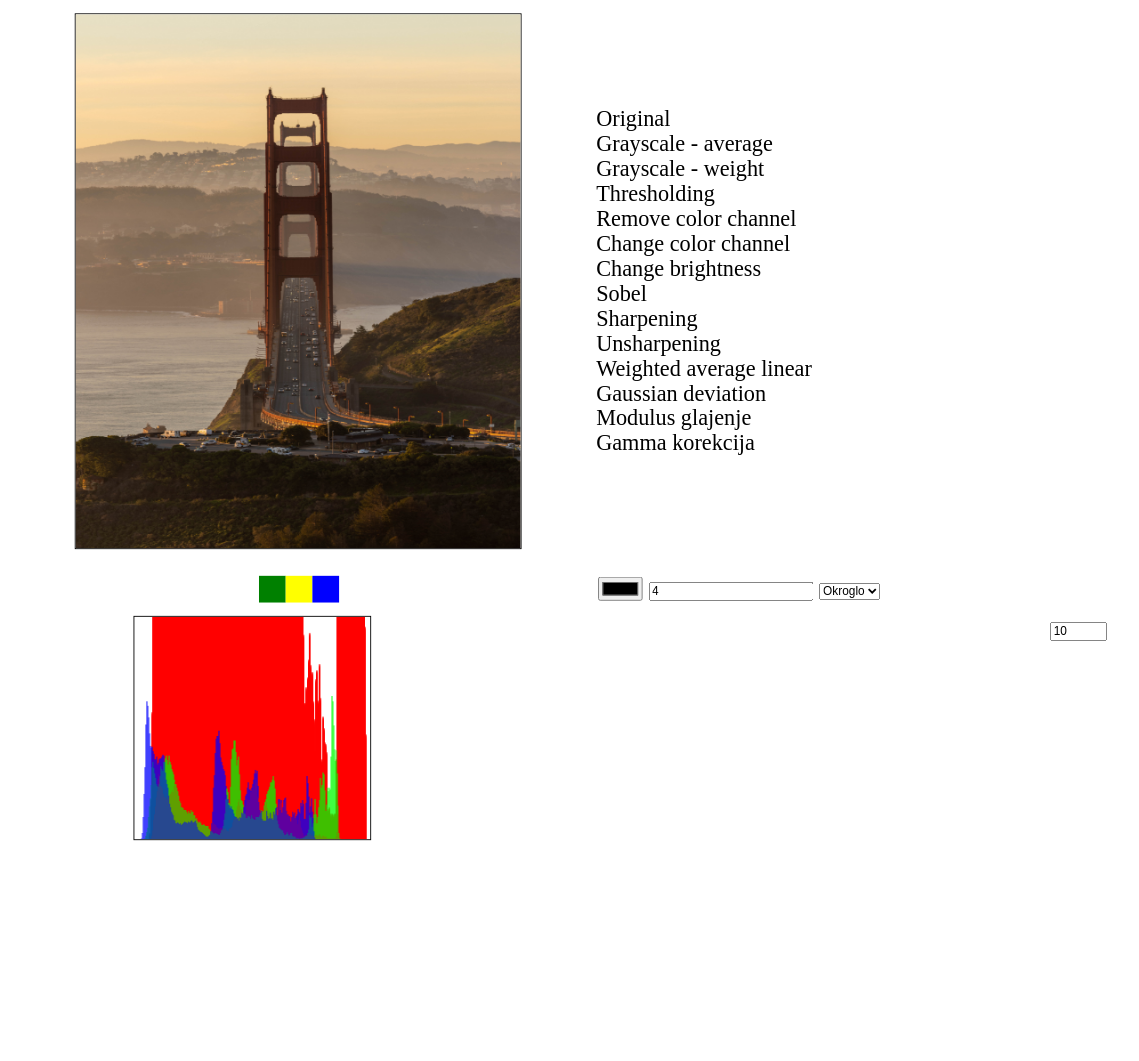
Repository: fussionko/web_photoshop
Page: index.html
An editor plug-in stored every save of this project. The page is shown before and after the next save, followed by the edit.
The browser window is 1280 px wide. The pictures show the whole page, at 89% of full size.

Above is the page before, as saved 2022-04-28 14:13:19.

### index.html
<!doctype html>
<html lang="en">
    <head>
        <meta charset="utf-8">
        <meta name="viewport" content="width=device-width, initial-scale=1">

        <title>Slike</title>
        <link rel="stylesheet" href="style.css">
    </head>
    <body>
        <div id="container-main">
            <canvas id="main_canvas"></canvas>
            <div id="container-buttons"></div>
            <div id="container-controls"></div>
        </div>
        <div id="container-assist">
            <div id="container-history"><div id="history-back"></div><div id="history-fow"></div><div id="history-reset"></div></div>
            <div id="container-color">
                <input type="color" id="color" value="#000000">
                <input type="number" id="brush-size" step="1" value="4">
                <select id="cap-type">
                    <option value="butt">Butt</option>
                    <option value="round" selected>Okroglo</option>
                    <option value="square">Kvadrat</option>
                </select>
            </div>
        </div>
        <div id="container-histogram">
            <canvas id="main-graph"></canvas>
            <div id="container-graph-data">
                <input type="number" id="basket-num" step="1" max="255" min="1" value="10">
            </div>
        </div>
        <script src="filters.js"></script>
        <script src="draw.js"></script>
        <script src="history.js"></script>
        <script src="graph.js"></script>
        <script src="main.js"></script>
    </body>
</html>

### style.css
html {
    margin: 0;
    width: 100%;
    height: 100%;

    background-color: white !important;
}
body {
    margin: 0;

    display: grid;
    align-items: center;

    font-size: 25px;
    background-color: white !important;
    width: 100%;
    height: 100%;

}

#container-main, #container-assist, #container-historgram {
    margin: 15px 0;
}

#container-main {
    width: 100%;
    display: grid;
    grid-template-columns: auto auto 200px;
    align-items: center;
    justify-content: space-evenly;

}
canvas {

    border: 1px solid black;
}

.button-function {
    border: 1px solid black;
    padding: 5px;
    margin: 5px;;
}

#container-assist {
    display: grid;
    grid-template-columns: auto auto ;
    justify-content: space-evenly;
}

#container-history {
    display: flex;

}

#history-back, #history-fow, #history-reset {
    width: 30px;
    height: 30px;
}

#history-fow {
    background-color: yellow;
}

#history-back {
    background-color: green;
}

#history-reset {
    background-color: blue;
}

#container-histogram {
    display: grid;
    grid-template-columns: 1fr 100px;
    margin-left: 150px;
    margin-bottom: 100px;
    height: 500px;
}

### draw.js
function loadDraw()
{
    document.addEventListener('mousemove', draw);
    document.addEventListener('mousedown', function(e){
        setPosition(e);
        draw(e);
    });
    document.addEventListener('mouseenter', setPosition);
    document.addEventListener('mouseup', function(e){
        if(e.clientX > canvas_x_position + canvas_width || e.clientX < canvas_x_position) return;
        if(e.clientY > canvas_y_position + canvas_height || e.clientY < canvas_y_position) return;
        loadImage(getPixelData());
    });

    document.getElementById("color").addEventListener("change", function(){
        draw_color = this.value;
        console.log(draw_color);
    });

    document.getElementById("brush-size").addEventListener("change", function(){
        brush_size = parseInt(this.value);
        console.log(brush_size);
    });

    document.getElementById("cap-type").addEventListener("change", function(){
        cap_type = this.value;
        console.log(cap_type);
    });
}

let pos = {x:0, y:0}

function setPosition(e)
{
    pos.x = e.clientX - canvas_x_position;
    pos.y = e.clientY - canvas_y_position;
}

let draw_color = "#000000";
let brush_size = 4;
let cap_type = "round";
function draw(e)
{
    if (e.buttons !== 1) return;

    main_ctx.beginPath(); // begin

    main_ctx.lineWidth = brush_size;
    main_ctx.lineCap = cap_type;
    main_ctx.strokeStyle = draw_color;

    main_ctx.moveTo(pos.x, pos.y); // from
    setPosition(e);
    main_ctx.lineTo(pos.x, pos.y); // to

    main_ctx.stroke(); // draw it!


}

function delete_draw(e)
{
    if (e.buttons !== 1) return;

    main_ctx.beginPath(); // begin

    main_ctx.lineWidth = brush_size;
    main_ctx.lineCap = 'round';
    main_ctx.strokeStyle = draw_color;

    main_ctx.moveTo(pos.x, pos.y); // from
    setPosition(e);
    main_ctx.lineTo(pos.x, pos.y); // to

    main_ctx.stroke(); // draw it!
}

### history.js
function loadHistory()
{
    document.getElementById("history-back").addEventListener("click", function(){
        if(moveBackwardHistory() == -1) return;
        loadImageHistory();
    })

    document.getElementById("history-fow").addEventListener("click", function(){
        if(moveFowardHistory() == -1) return;
        loadImageHistory();
    })

    document.getElementById("history-reset").addEventListener("click", function(){
        let draw_image = new ImageData(canvas_width, canvas_height);
        draw_image.data.set(original_img_data);
        history = [draw_image.data];
        currentHistoryIndex = 1;
        current_filter_data["filter"] = "original";
        current_filter_data["index"] = 1;
        current_filter_data["data"] = draw_image.data;
        loadImageHistory();
    })
}

let history = [];
let currentHistoryIndex = 0;
function addToHistory(img_data)
{
    if(checkSame(img_data, history[history.length-1]) == 1) return;
    if(currentHistoryIndex != history.length)
        removeHistoryToIndex();

    history.push(img_data);
    currentHistoryIndex++;
}

function removeHistoryToIndex()
{
    history.splice(currentHistoryIndex, history.length-currentHistoryIndex)
}

function moveFowardHistory()
{
    if(currentHistoryIndex+1 > history.length) return -1;
    currentHistoryIndex++;
    return 1;
}

function moveBackwardHistory()
{
    if(currentHistoryIndex-1 <= 0) return -1;
    currentHistoryIndex--;
    return 1;
}

function getCurrentHistory()
{
    return history[currentHistoryIndex];
}

### graph.js

const graph_width = 265;
const graph_height = 250;

let main_graph;
let graph_ctx;

let normalization_value = 35;
let graph_offset = 5;


function initGraph()
{

    main_graph = document.getElementById("main-graph");
    graph_ctx = main_graph.getContext('2d');
    main_graph.width = graph_width;
    main_graph.height = graph_height;

    document.getElementById("basket-num").addEventListener("change", function(){
        basket_num = parseInt(this.value);
    });

    create_graph()
}

let basket_num = 10;
let basket_size = Math.round(255/basket_num);
const graph_template = {
    "r":{},
    "g":{},
    "b":{}
}
let graph = JSON.parse(JSON.stringify(graph_template));

function create_graph()
{
    // graph = JSON.parse(JSON.stringify(graph_template));
    // for(let i = 1; i <= basket_num; i++)
    // {
    //     graph["r"][basket_size*i] = 0;
    //     graph["g"][basket_size*i] = 0;
    //     graph["b"][basket_size*i] = 0;
    // }
    graph = JSON.parse(JSON.stringify(graph_template));
    for(let i = 0; i <= 255; i++)
    {
        graph["r"][i] = 0;
        graph["g"][i] = 0;
        graph["b"][i] = 0;
    }
}

function count_Pixel(img_data)
{
    let ranges = Object.keys(graph["r"]);
    console.log(ranges);
    // for(let i = 0; i < img_data.length; i+=4)
    // {
    //     for(const key in ranges)
    //         if(img_data[i] < parseInt(ranges[key]))
    //         {
    //             graph["r"][ranges[key]]++;
    //             break;
    //         }
    //     for(const key in ranges)
    //         if(img_data[i+1] < parseInt(ranges[key]))
    //         {
    //             graph["g"][ranges[key]]++;
    //             break;
    //         }
    //     for(const key in ranges)
    //         if(img_data[i+2] < parseInt(ranges[key]))
    //         {
    //             graph["b"][ranges[key]]++;
    //             break;
    //         }
    // }
    console.log(graph);
    for(let i = 0; i < img_data.length; i+=4)
    {

        graph["r"][ranges[img_data[i]]]++;
        graph["g"][ranges[img_data[i+1]]]++;
        graph["b"][ranges[img_data[i+2]]]++;
        drawLine(graph_offset+img_data[i], graph_height, graph_offset+img_data[i], graph_height-graph["r"][ranges[img_data[i]]], "#FF0000")
    }


    normalizeGraph();
    console.log(graph);
    draw_graph();
}

function normalizeGraph()
{
    console.log(normalization_value);
    for(const c in graph)
        for(const range in graph[c])
            graph[c][range] = Math.round(graph[c][range]/normalization_value);
}


async function drawLine(x1, y1, x2, y2, color)
{
    graph_ctx.beginPath();

    graph_ctx.strokeStyle = color;
    graph_ctx.moveTo(x1, y1);
    graph_ctx.lineTo(x2, y2);
    graph_ctx.stroke();

    graph_ctx.closePath();
}

function draw_graph()
{
    graph_ctx.lineWidth = 1;
    console.log(graph);
    for(let range in graph["r"])
    {
        range = parseInt(range);

        graph_ctx.beginPath();
        graph_ctx.moveTo(graph_offset+range, graph_height);
        graph_ctx.strokeStyle = "#FF0000";

        graph_ctx.lineTo(graph_offset+range, graph_height-graph["r"][range]);
        graph_ctx.stroke();
        graph_ctx.closePath();

        graph_ctx.beginPath();
        graph_ctx.moveTo(graph_offset+range, graph_height);
        graph_ctx.strokeStyle = "#00FF00";
        graph_ctx.lineTo(graph_offset+range, graph_height-graph["g"][range]);
        graph_ctx.stroke();
        graph_ctx.closePath();

        graph_ctx.beginPath();
        graph_ctx.moveTo(graph_offset+range, graph_height);
        graph_ctx.strokeStyle = "#0000FF";
        graph_ctx.lineTo(graph_offset+range, graph_height-graph["b"][range]);
        graph_ctx.stroke();
        graph_ctx.closePath();
    }


}

Loaded but not shown: main.js (433 lines, source omitted); filters.js (443 lines, source omitted)

After the next save:
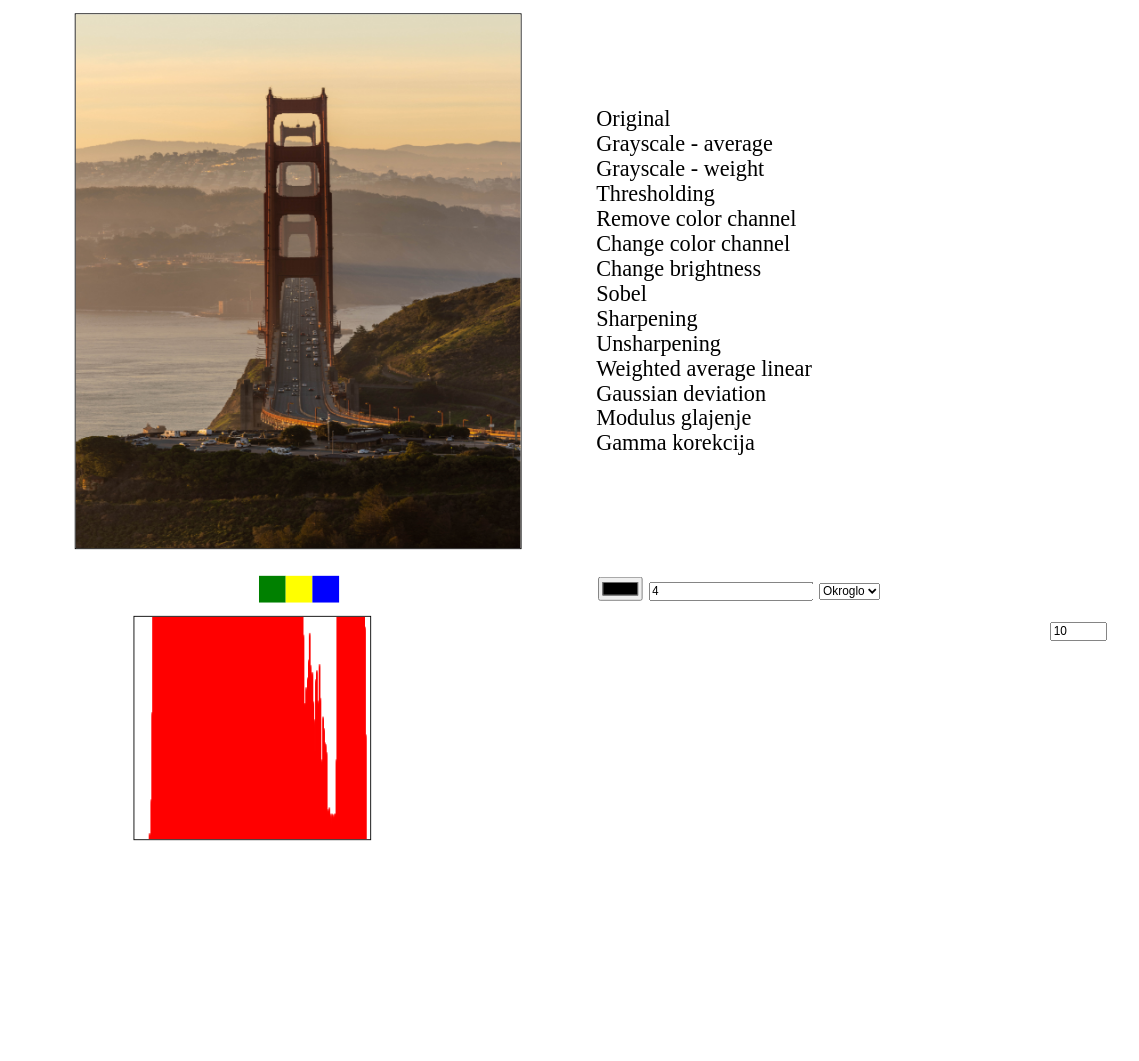
Saved 6 s later.
--- a/graph.js
+++ b/graph.js
@@ -89,7 +89,7 @@ function count_Pixel(img_data)
 
     normalizeGraph();
     console.log(graph);
-    draw_graph();
+    //draw_graph();
 }
 
 function normalizeGraph()
